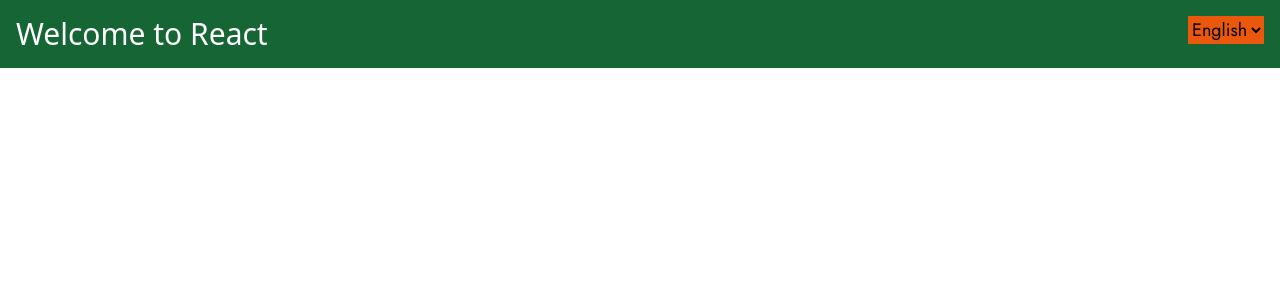
Repository: SaadYasin/react-internationalization
Page: /
These files come from the project's save history. The page is drawn as it stood at one moment and after a run of saves; the edit follows.
The browser window is 1280 px wide. The pictures show the whole page.
The project was rebuilt for these pictures with package versions that can differ from the ones it lists, and the page was loaded fresh each time. Also part of the build but not shown: vite.config.js.

Above is the page before, as saved 2024-07-19 14:25:12.

After the next 3 saves:
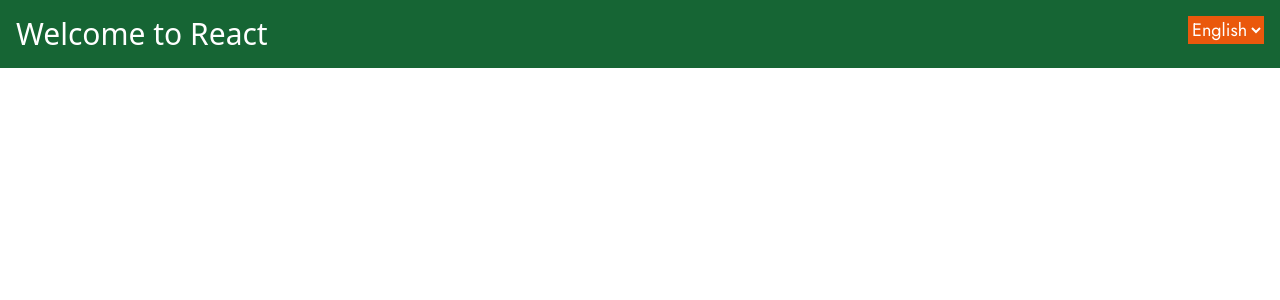
The 3 saves are shown as one change because they came seconds apart.
The last was saved 9 s later.
--- a/src/App.jsx
+++ b/src/App.jsx
@@ -33,7 +33,7 @@
           <select
             value={locale}
             onChange={handleChange}
-            className="bg-orange-600 text-[18px]  font-secondary xl:ml-12 cursor-pointer"
+            className="bg-orange-600 text-[18px] text-white font-secondary xl:ml-12 cursor-pointer"
           >
             <option
               value="en"
